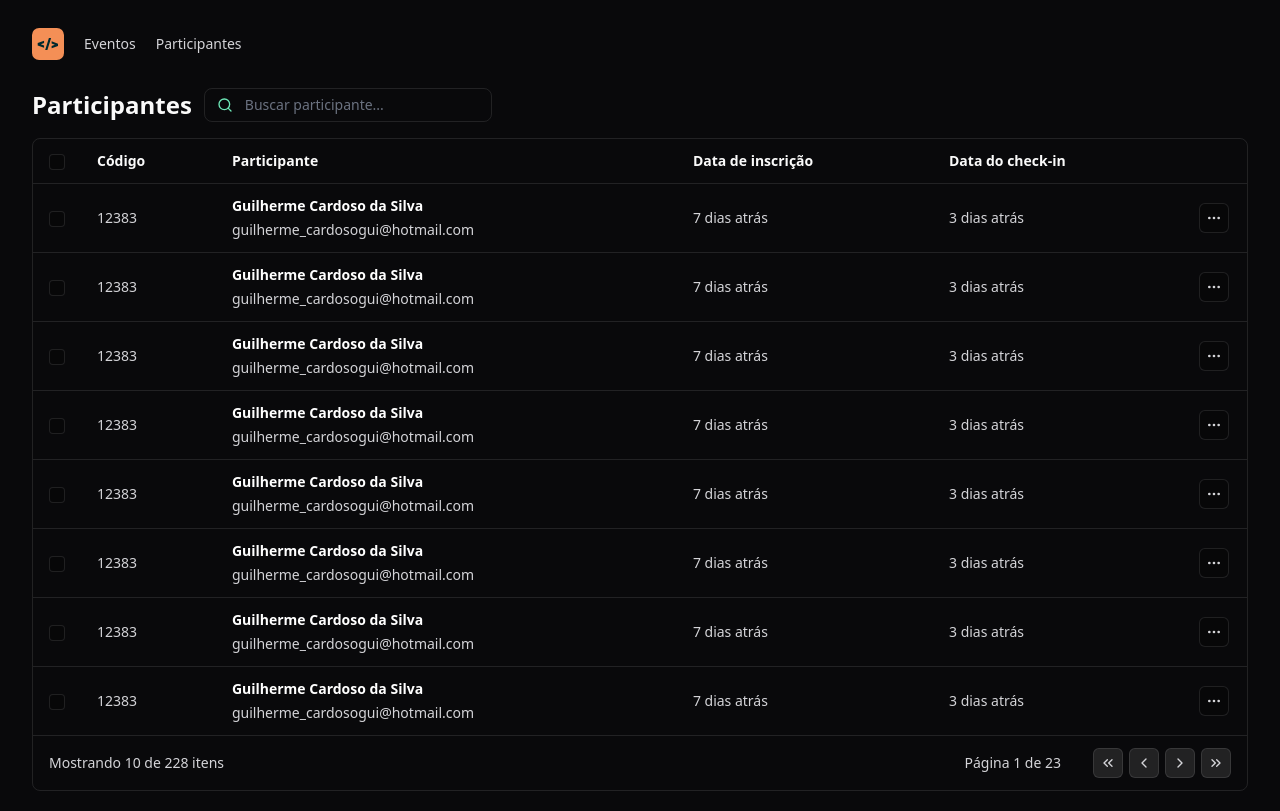
Repository: guilhermecardoso93/nlw-unite-react-2024
Page: /
The author's editor kept a copy of each file at every save. The page is drawn from the files as they stood at one save, then again after the next save.
The browser window is 1280 px wide. The pictures show the whole page.
The project was rebuilt for these pictures with package versions that can differ from the ones it lists, and the page was loaded fresh each time. Also part of the build but not shown: vite.config.ts.

Above is the page before, as saved 2024-04-02 19:50:41.

After the next save:
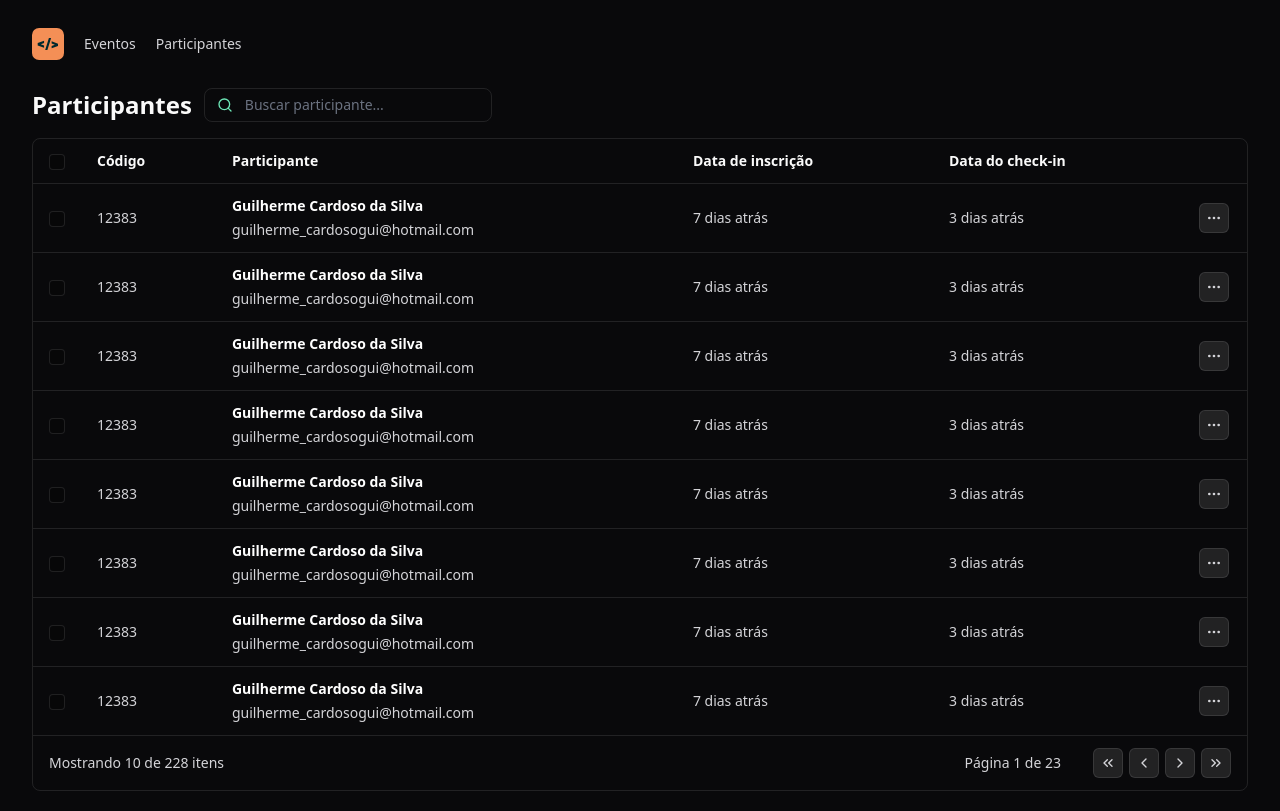
Saved 34 s later.
--- a/src/components/attendee-list.tsx
+++ b/src/components/attendee-list.tsx
@@ -82,9 +82,9 @@
                     3 dias atrás
                   </td>
                   <td className="py-3 px-4 text-sm text-zinc-300">
-                    <button className="bg-black/20 border border-white/10 rounded-md p-1.5">
+                    <IconButton className=" transparent">
                       <MoreHorizontal className="size-4" />
-                    </button>
+                    </IconButton>
                   </td>
                 </tr>
               );

After the 4 saves that followed:
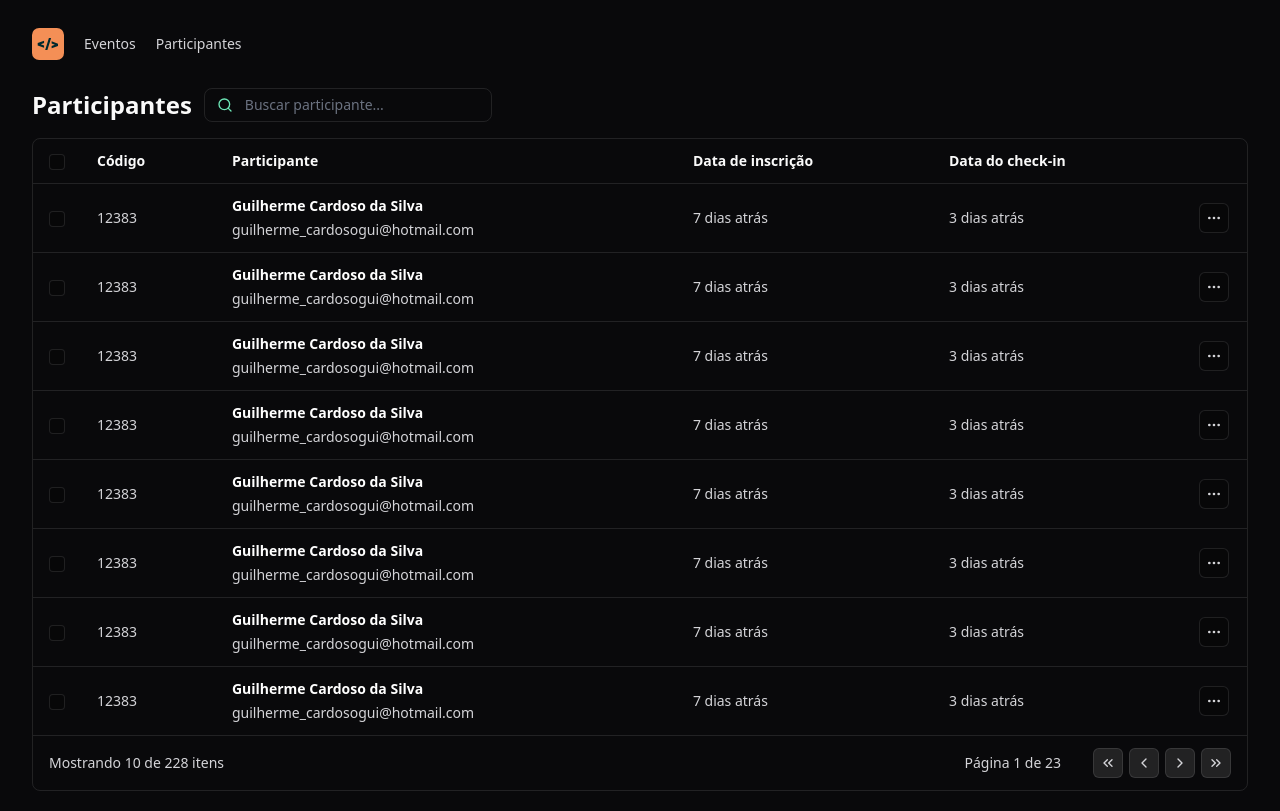
The 4 saves are shown as one change because 3 left the picture as it was.
The last was saved 5 min 12 s later.
--- a/src/components/attendee-list.tsx
+++ b/src/components/attendee-list.tsx
@@ -82,7 +82,10 @@
                     3 dias atrás
                   </td>
                   <td className="py-3 px-4 text-sm text-zinc-300">
-                    <IconButton className=" transparent">
+                    <IconButton
+                      transparent
+                      className="bg-black/20 border border-white/10 rounded-md p-1.5"
+                    >
                       <MoreHorizontal className="size-4" />
                     </IconButton>
                   </td>
--- a/src/components/icon-button.tsx
+++ b/src/components/icon-button.tsx
@@ -1,18 +1,19 @@
 import { ComponentProps } from "react";
+import { twMerge } from "tailwind-merge";
 
-interface IconButtonsProps extends ComponentProps<"button"> {
+interface IconButtonProps extends ComponentProps<"button"> {
   transparent?: boolean;
 }
 
-export function IconButton({ transparent, ...props }: IconButtonsProps) {
+export function IconButton({ transparent, ...props }: IconButtonProps) {
   return (
     <button
       {...props}
-      className={
-        transparent
-          ? "bg-black/20 border border-white/10 rounded-md p-1.5"
-          : "bg-white/10 border border-white/10 rounded-md p-1.5"
-      }
+      className={twMerge(
+        "border border-white/10 rounded-md p-1.5",
+        transparent ? "bg-black/20" : "bg-white/10",
+        props.disabled ? "opacity-50" : null
+      )}
     />
   );
 }
